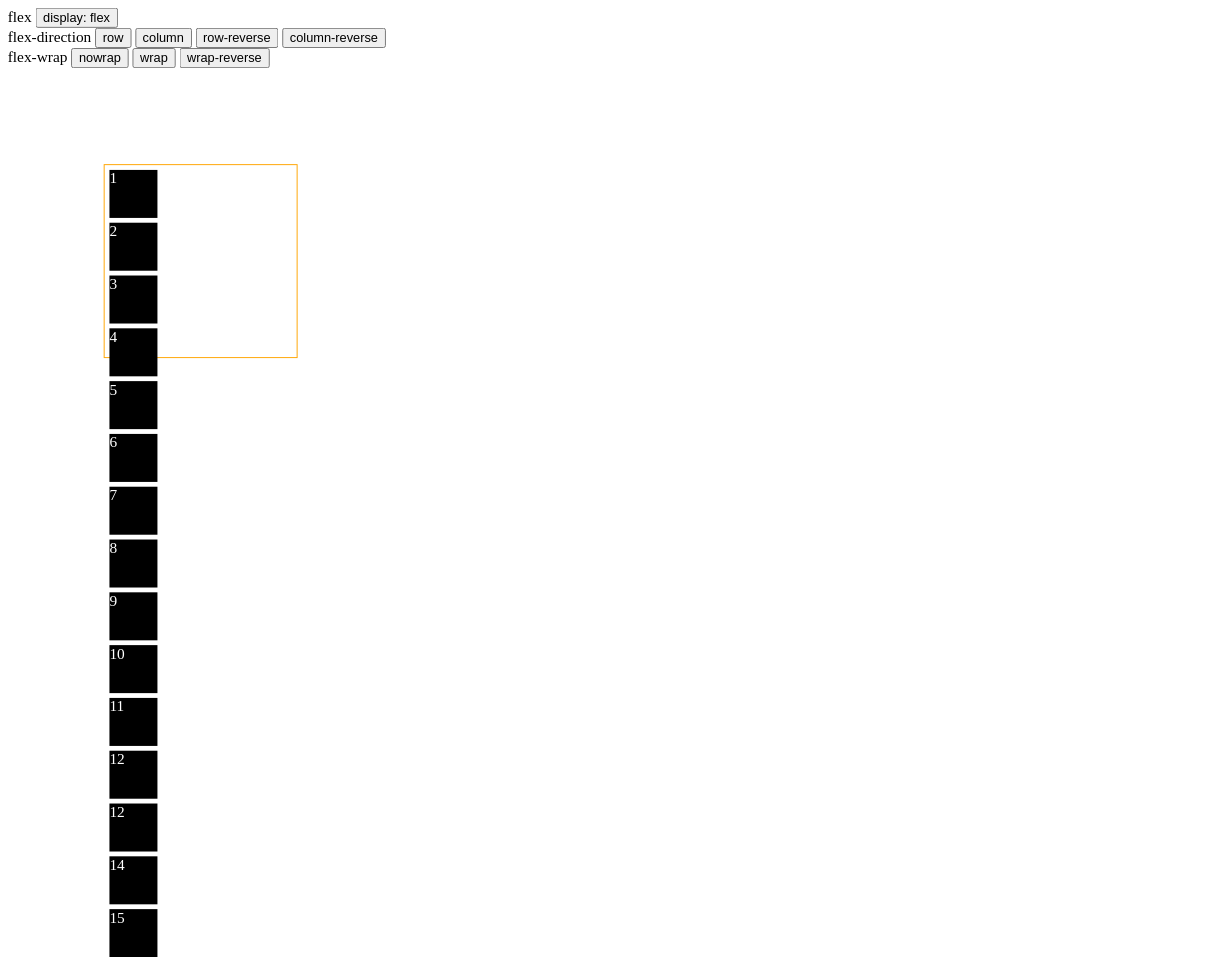
Repository: eeoooo/MINI-PROJECTS-HTML-CSS
Page: 220730-PracticeCSSFlex/index.html
These files come from the project's save history. The page is drawn as it stood at one moment and after the next save; the edit follows.
The browser window is 1280 px wide. The pictures show the whole page, at 96% of full size.

Above is the page before, as saved 2022-07-30 19:29:06.

### 220730-PracticeCSSFlex/index.html
<!DOCTYPE html>
<html lang="en">
<head>
    <meta charset="UTF-8">
    <meta http-equiv="X-UA-Compatible" content="IE=edge">
    <meta name="viewport" content="width=device-width, initial-scale=1.0">
    <link rel="stylesheet" href="style.css">
    <script defer src="main.js"></script>
    <title>Document</title>
</head>
<body>
    <div class="buttons">
        <span class="flexSpan">flex</span>
        <button class="flexButton">display: flex</button>
        <div class="flex-directions">
            <span class="flex-direction">flex-direction</span>
            <button class="flex-direction-row">row</button>
            <button class="flex-direction-column">column</button>
            <button class="flex-direction-row-reverse">row-reverse</button>
            <button class="flex-direction-column-reverse">column-reverse</button>
        </div>
        <div class="flex-wraps">
            <span class="flex-wrap">flex-wrap</span>
            <button class="flex-wrap-nowrap">nowrap</button>
            <button class="flex-wrap-wrap">wrap</button>
            <button class="flex-wrap-wrap-reverse">wrap-reverse</button>
        </div>
    </div>
    <div class="container">
        <div class="box">1</div>
        <div class="box">2</div>
        <div class="box">3</div>
        <div class="box">4</div>
        <div class="box">5</div>
        <div class="box">6</div>
        <div class="box">7</div>
        <div class="box">8</div>
        <div class="box">9</div>
        <div class="box">10</div>
        <div class="box">11</div>
        <div class="box">12</div>
        <div class="box">12</div>
        <div class="box">14</div>
        <div class="box">15</div>
    </div>
</body>
</html>

### 220730-PracticeCSSFlex/style.css
.container {
  width: 200px;
  height: 200px;
  border: 1px solid orange;
  margin: 100px;
}
.box {
  width: 50px;
  height: 50px;
  background-color: black;
  color: white;
  margin: 5px;
}

### 220730-PracticeCSSFlex/main.js
let container = document.querySelector('.container');
let boxes = document.querySelectorAll('.box');

let buttonFlex = document.querySelector('.flexButton');
let buttonsFlexDirection = document.querySelector('.flex-directions');
let buttonsFlexWrap = document.querySelector('.flex-wraps');

let clicked = ''
function setClicked(clickedItem){
    if (clicked){
        clicked.style.backgroundColor = '';}
    clickedItem.style.backgroundColor = 'lightBlue';
    clickedItem.style.border = '1px solid gray';
    clickedItem.style.borderRadius = '3px';
    clicked = clickedItem;
}
buttonFlex.addEventListener('click', ()=>{
    if( container.style.display == 'flex'){
        container.style.display = '';
        buttonFlex.textContent = 'display: flex';
        setClicked(buttonFlex);
    } else if (container.style.display == ''){
        container.style.display = 'flex';
        buttonFlex.textContent = 'display: block';
        setClicked(buttonFlex);
    }
})

buttonsFlexDirection.addEventListener('click', event => {
    if (event.target.tagName == 'BUTTON'){
        switch (event.target.attributes.class.value){
            case 'flex-direction-row':
                container.style.flexDirection = 'row';
                break
            case 'flex-direction-column':
                container.style.flexDirection = 'column';
                break
            case 'flex-direction-row-reverse':
                container.style.flexDirection = 'row-reverse';
                break
            case 'flex-direction-column-reverse':
                container.style.flexDirection = 'column-reverse';
                break
        }
        setClicked(event.target);
    }
})

buttonsFlexWrap.addEventListener('click',(event)=>{
    if (event.target.tagName == 'BUTTON'){
        switch (event.target.attributes.class.value){
            case 'flex-wrap-nowrap':
                container.style.flexWrap = 'nowrap';
                break
            case 'flex-wrap-wrap':
                container.style.flexWrap = 'wrap';
                break
            case 'flex-wrap-wrap-reverse':
                container.style.flexWrap = 'wrap-reverse';
                break
        }
        setClicked(event.target);
    }
})

After the next save:
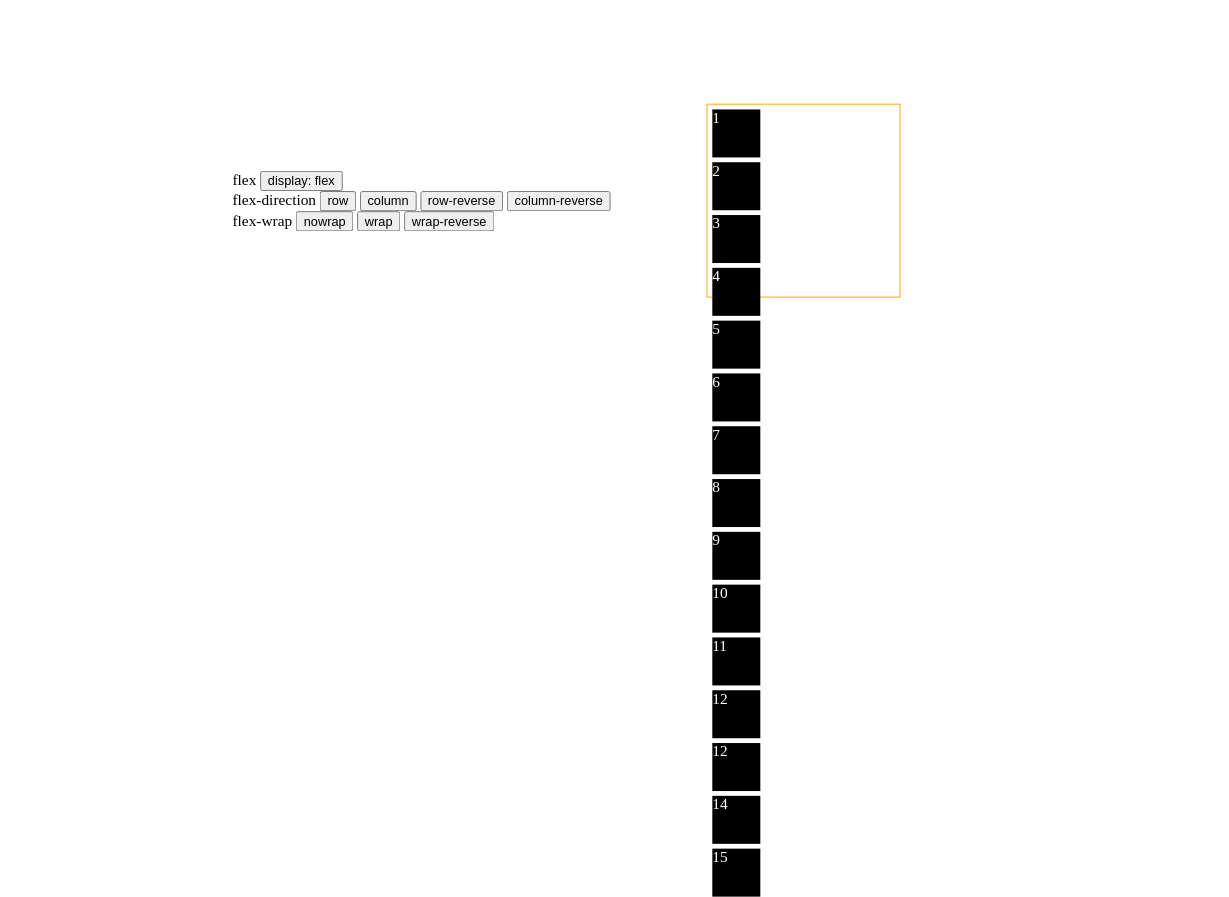
Saved 27 s later.
--- a/220730-PracticeCSSFlex/style.css
+++ b/220730-PracticeCSSFlex/style.css
@@ -1,3 +1,8 @@
+body {
+  display: flex;
+  justify-content: center;
+  align-items: center;
+}
 .container {
   width: 200px;
   height: 200px;
